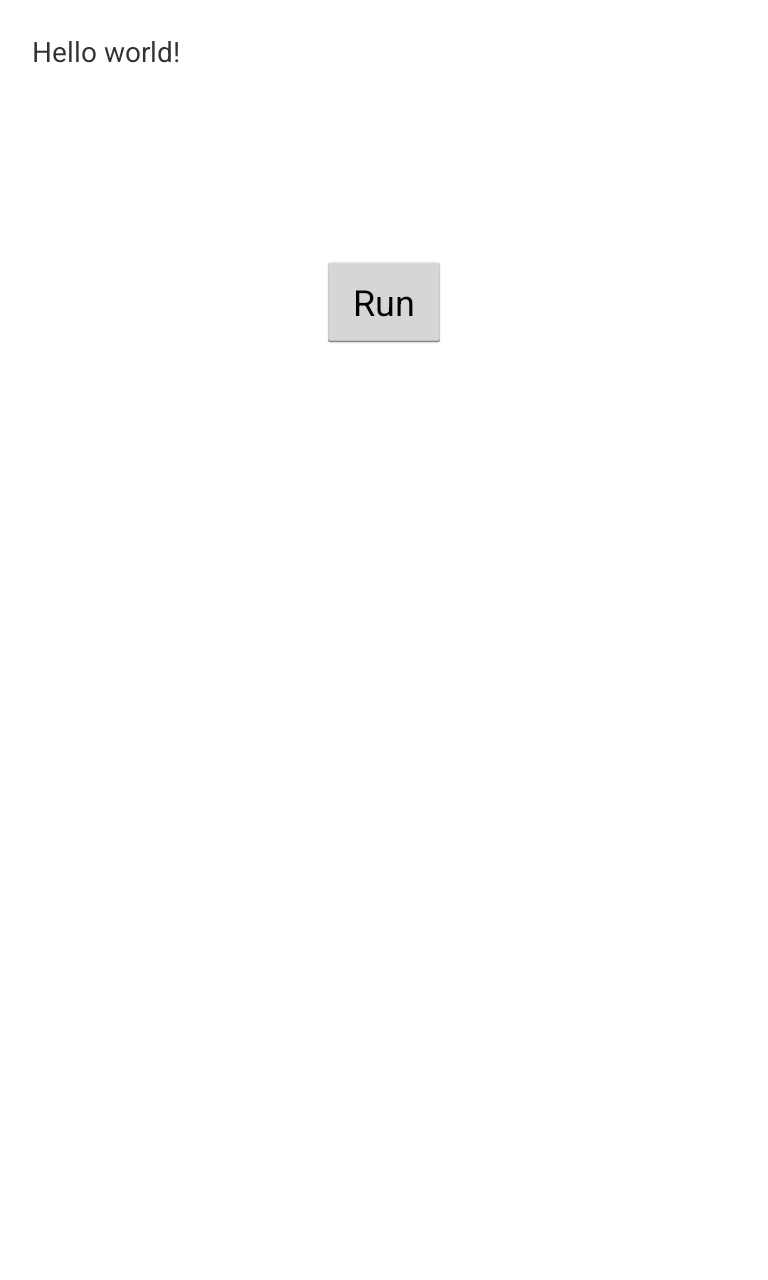
Repository: aidanmac91/MindCoder
Layout: ANTLRTest/res/layout/activity_main.xml
These files come from the project's save history. The layout is drawn as it stood at one moment and after the next save; the edit follows.
It is drawn on a 768 x 1280 px phone screen (xhdpi) without system bars, with theme AppTheme; the app's code is not run.

Above is the layout before, as saved 2014-03-18 13:42:22.

### ANTLRTest/res/layout/activity_main.xml
<RelativeLayout xmlns:android="http://schemas.android.com/apk/res/android"
    xmlns:tools="http://schemas.android.com/tools"
    android:layout_width="match_parent"
    android:layout_height="match_parent"
    android:paddingBottom="@dimen/activity_vertical_margin"
    android:paddingLeft="@dimen/activity_horizontal_margin"
    android:paddingRight="@dimen/activity_horizontal_margin"
    android:paddingTop="@dimen/activity_vertical_margin"
    tools:context=".MainActivity" >

    <TextView
        android:id="@+id/textView1"
        android:layout_width="wrap_content"
        android:layout_height="wrap_content"
        android:text="@string/hello_world" />

    <Button
        android:id="@+id/button1"
        android:layout_width="wrap_content"
        android:layout_height="wrap_content"
        android:layout_below="@+id/textView1"
        android:layout_centerHorizontal="true"
        android:layout_marginTop="92dp"
        android:text="Run"
        android:onClick="sendMessage" />

</RelativeLayout>

### ANTLRTest/res/values/strings.xml
<?xml version="1.0" encoding="utf-8"?>
<resources>

    <string name="app_name">ANTLRTest</string>
    <string name="action_settings">Settings</string>
    <string name="hello_world">Hello world!</string>

</resources>

Loaded but not shown: ANTLRTest/res/values/styles.xml (common file); ANTLRTest/res/values-v11/styles.xml (common file); ANTLRTest/res/values-v14/styles.xml (common file); ANTLRTest/res/values/dimens.xml (common file)

After the next save:
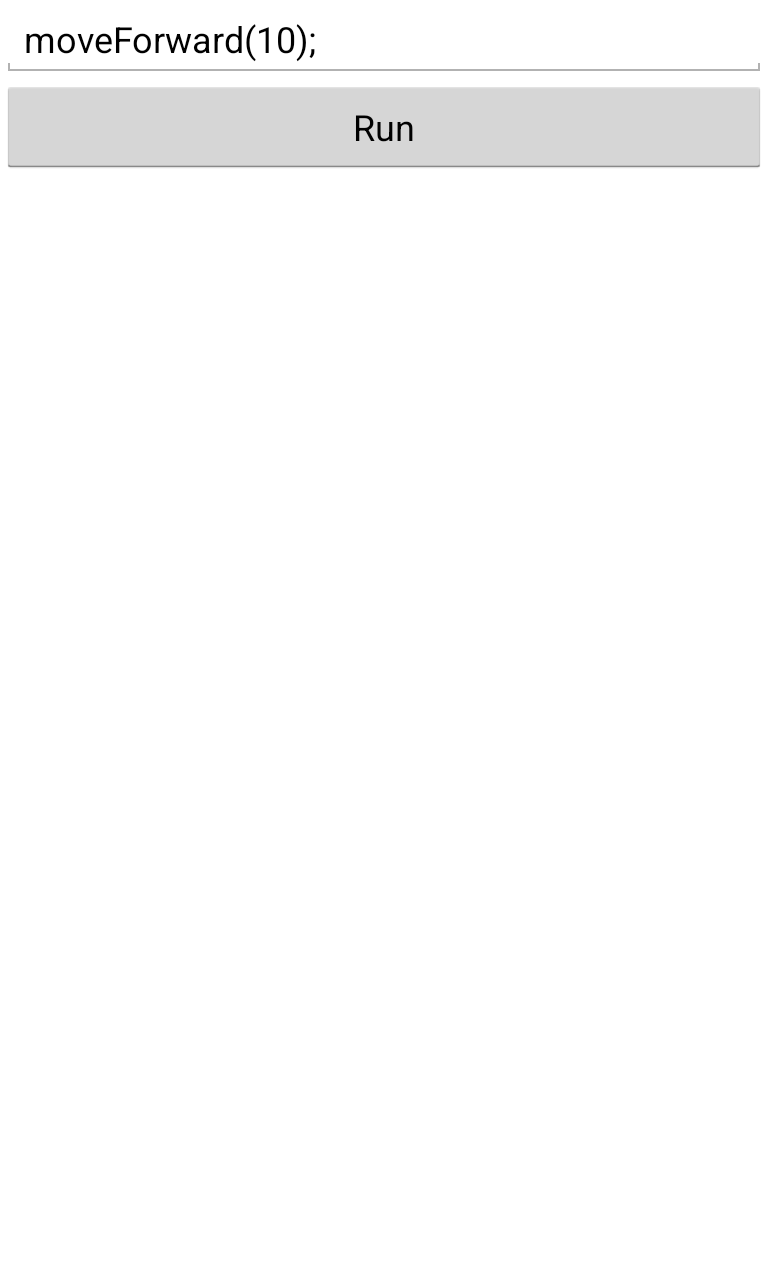
Saved 2 h 18 min later.
--- a/ANTLRTest/res/layout/activity_main.xml
+++ b/ANTLRTest/res/layout/activity_main.xml
@@ -1,27 +1,26 @@
-<RelativeLayout xmlns:android="http://schemas.android.com/apk/res/android"
-    xmlns:tools="http://schemas.android.com/tools"
-    android:layout_width="match_parent"
-    android:layout_height="match_parent"
-    android:paddingBottom="@dimen/activity_vertical_margin"
-    android:paddingLeft="@dimen/activity_horizontal_margin"
-    android:paddingRight="@dimen/activity_horizontal_margin"
-    android:paddingTop="@dimen/activity_vertical_margin"
-    tools:context=".MainActivity" >
-
-    <TextView
-        android:id="@+id/textView1"
-        android:layout_width="wrap_content"
+<?xml version="1.0" encoding="utf-8"?>
+<LinearLayout xmlns:android="http://schemas.android.com/apk/res/android"
+    android:orientation="vertical"
+    android:layout_width="fill_parent"
+    android:layout_height="fill_parent"
+    >
+    <EditText
+        android:id="@+id/input_text"
+        android:layout_width="fill_parent"
         android:layout_height="wrap_content"
-        android:text="@string/hello_world" />
-
+        android:text="moveForward(10);"
+        />
     <Button
-        android:id="@+id/button1"
-        android:layout_width="wrap_content"
+        android:id="@+id/parse_button"
         android:layout_height="wrap_content"
-        android:layout_below="@+id/textView1"
-        android:layout_centerHorizontal="true"
-        android:layout_marginTop="92dp"
+        android:layout_width="fill_parent"
         android:text="Run"
         android:onClick="sendMessage" />
 
-</RelativeLayout>
+    <TextView
+        android:id="@+id/output_text"
+        android:layout_width="fill_parent"
+        android:layout_height="wrap_content"
+        android:text=""
+        />
+</LinearLayout>
